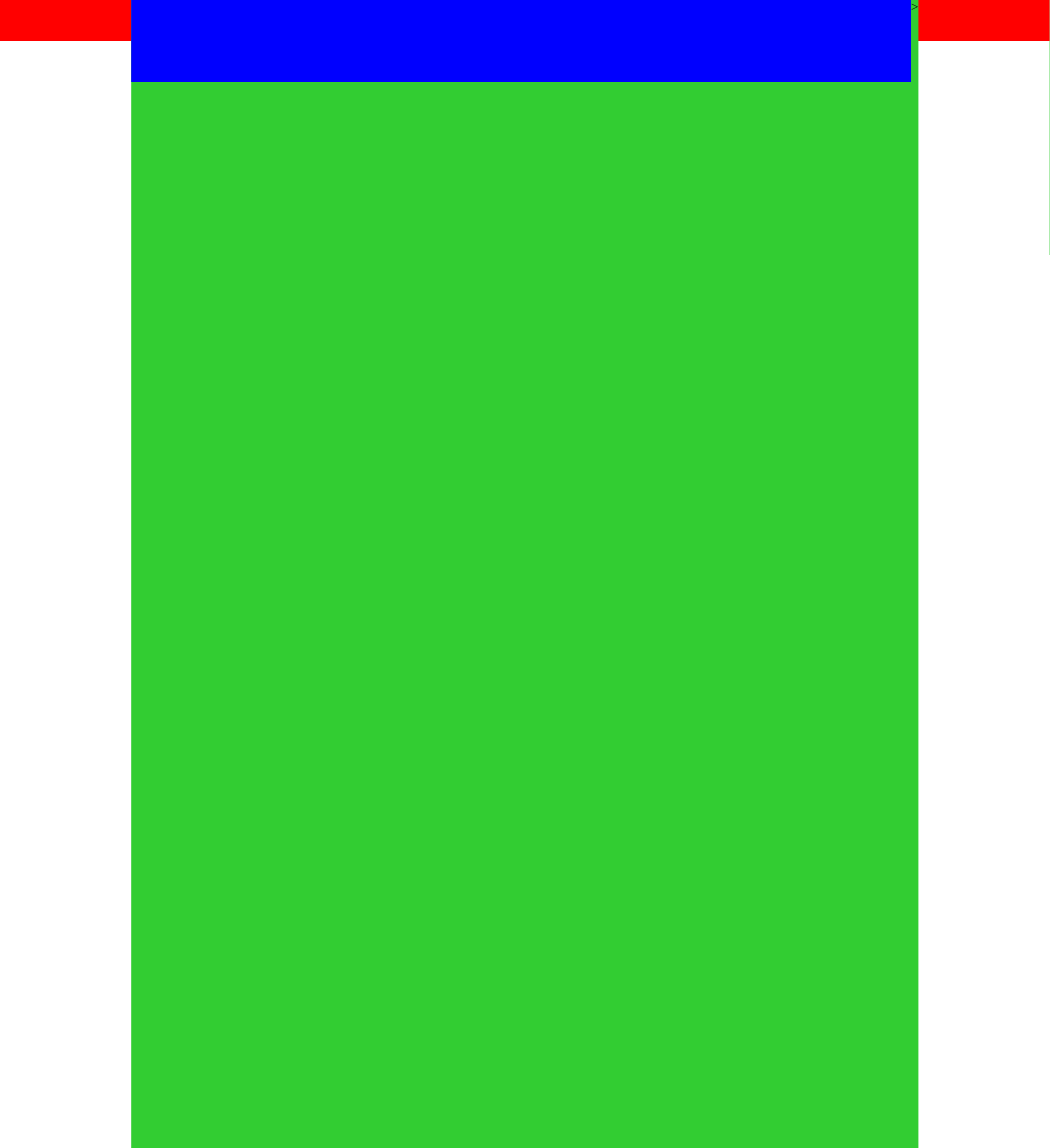
Repository: Yuki-Kawagoe/chapter4
Page: chapter4/index.html
The author's editor kept a record of every edit. The page is drawn from the files as they stood at one moment, then again after the next edit.
The browser window is 1280 px wide. The pictures show the whole page, at 82% of full size.

Above is the page before.

After the next edit:
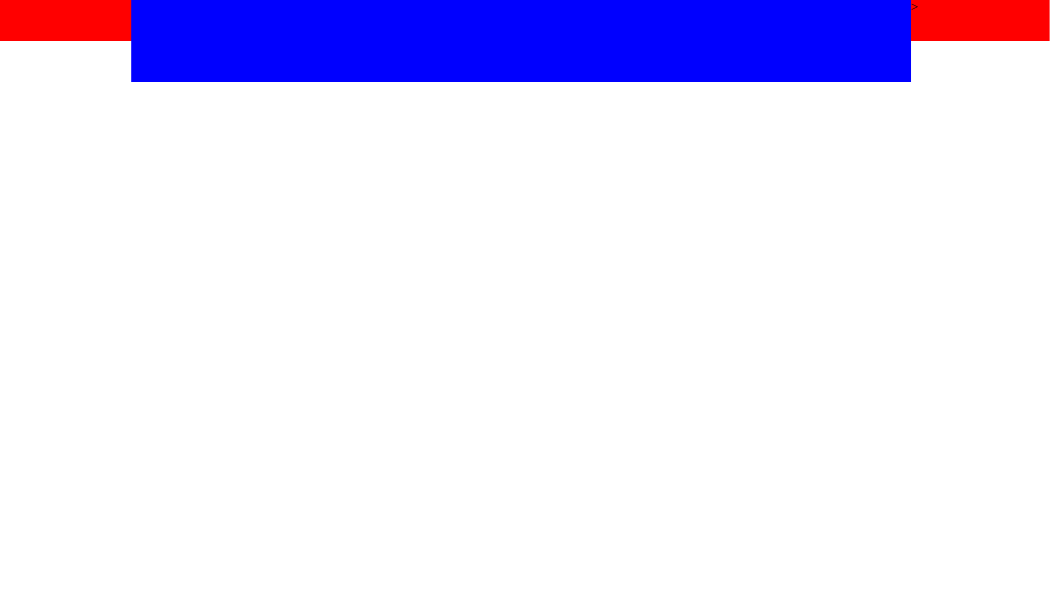
The edit:
--- a/chapter4/style.css
+++ b/chapter4/style.css
@@ -19,8 +19,6 @@
 
 .main {
   width: 960px;
-  height:1400px;
-  background-color: limegreen;
   display: flex;
   justify-content: center;
   margin: 0 auto;
